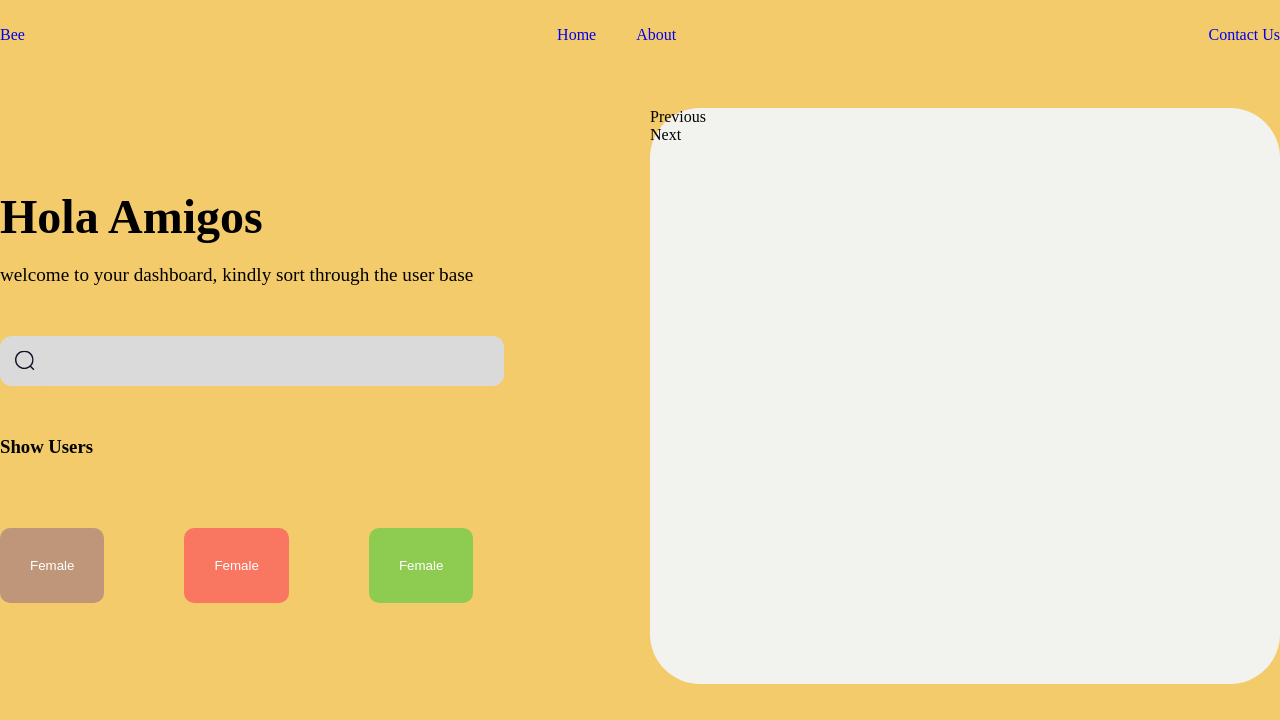
Repository: ble-syn/Random-user-generator-app
Page: /
The author's editor kept a copy of each file at every save. The page is drawn from the files as they stood at one save, then again after the next save.
The browser window is 1280 px wide. The pictures show the whole page.
The page's requests for data from a server got no answer. The project was rebuilt for these pictures with package versions that can differ from the ones it lists, and the page was loaded fresh each time. No one was signed in, and anything a server would have sent is missing. Also part of the build but not shown: src/components/ErrorBoundaries.jsx, src/pages/About.jsx, src/pages/Policy.jsx, src/pages/Terms.jsx, src/pages/Contact.jsx, src/pages/NotFound.jsx.

Above is the page before, as saved 2022-10-26 21:31:24.

After the next save:
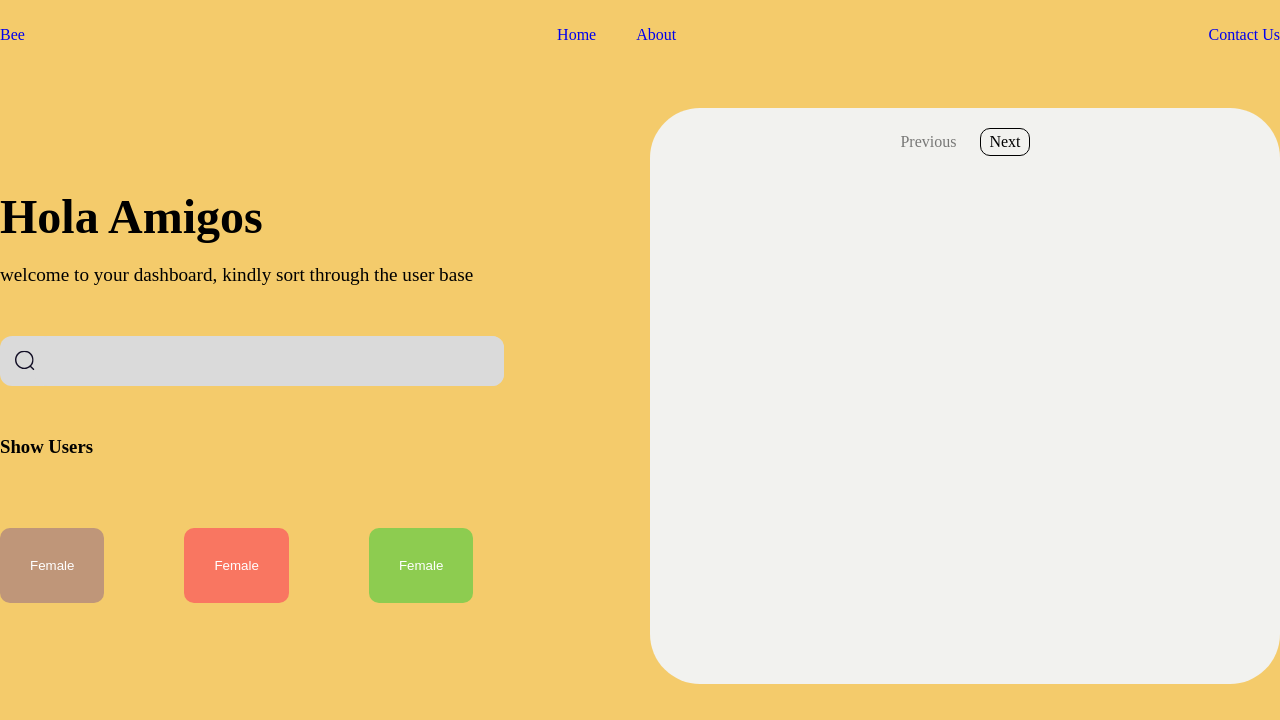
Saved 90 s later.
--- a/src/index.css
+++ b/src/index.css
@@ -97,3 +97,53 @@ background-color: #8DCC50;
   background-color: #F2F2EF;
   border-radius: 50px;
 }
+
+.flex {
+  display: flex;
+  justify-content: space-between;
+  align-items: center;
+  gap: 12px;
+}
+
+img {
+  width: 40px;
+  border-radius: 50%;
+  margin: 5px 0;
+}
+
+.pagination {
+  display: flex;
+  justify-content: center;
+  align-items: center;
+  gap: 12px;
+  margin: 20px 0;
+}
+
+.pagination-num {
+  display: flex;
+  justify-content: center;
+  align-items: center;
+  gap: 12px;
+}
+
+.pagination-child,
+.prev,
+.next {
+  opacity: 1;
+  border: 1px solid #000;
+  padding: 4px 8px;
+  cursor: pointer;
+  border-radius: 10px;
+  transition: all 0.3s ease;
+}
+
+.pagination-child:hover,
+.prev:hover,
+.next:hover {
+  transform: scale(1.1);
+}
+
+.disabled {
+  opacity: 0.5;
+  cursor: not-allowed;
+}
